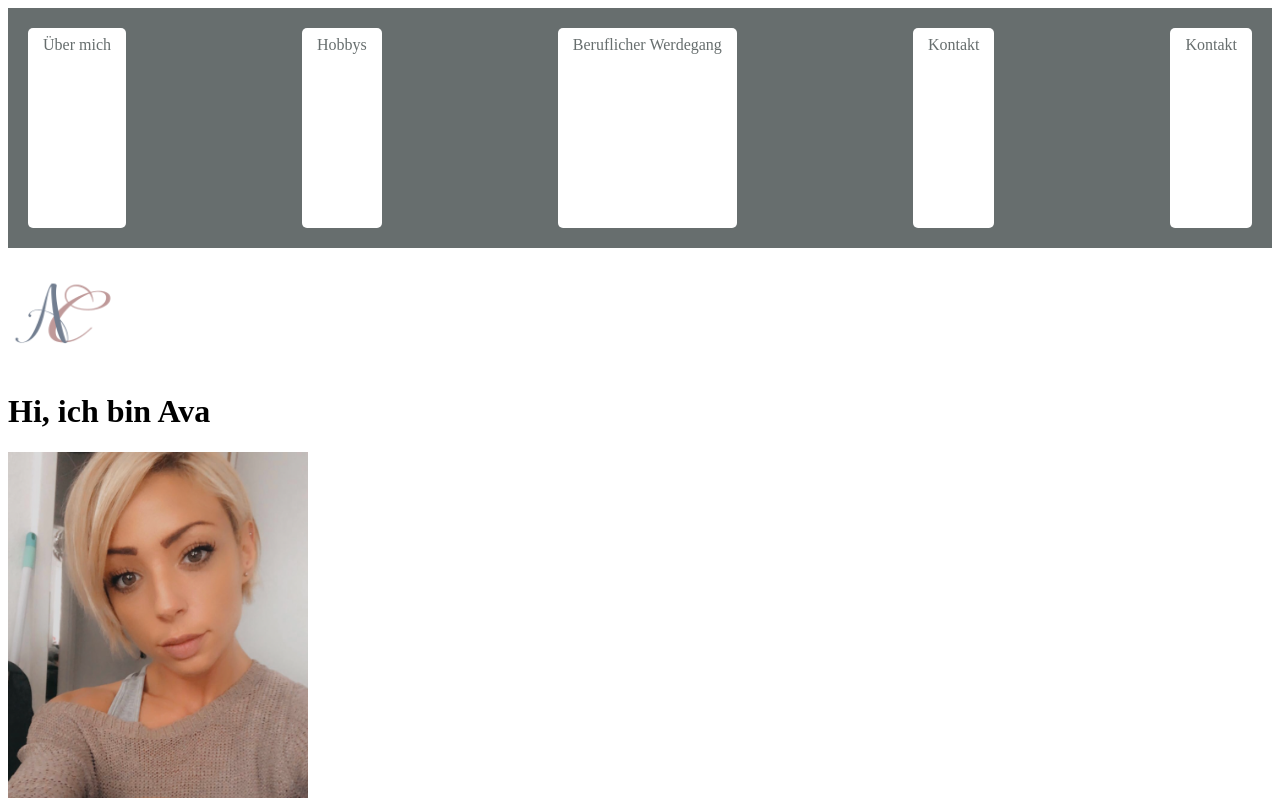
Repository: Ava-VictoriaCrivello/website
Page: index.html
The author's editor kept a copy of each file at every save. The page is drawn from the files as they stood at one save, then again after the next save.
The browser window is 1280 px wide. The pictures show the whole page.
Some web fonts or font styles are not loaded; a fallback is used.

Above is the page before, as saved 2022-05-29 12:58:48.

### index.html
<!DOCTYPE html>
<html lang="en">
  <head>
    <meta charset="UTF-8" />
    <meta http-equiv="X-UA-Compatible" content="IE=edge" />
    <meta name="viewport" content="width=device-width, initial-scale=1.0" />
    <title>website</title>
    <link rel="stylesheet" href="style.css" />
    <link rel="preconnect" href="https://fonts.googleapis.com" />
    <link rel="preconnect" href="https://fonts.gstatic.com" crossorigin />
    <link
      href="https://fonts.googleapis.com/css2?family=Tiro+Telugu:ital@1&display=swap"
      rel="stylesheet"
    />
  </head>
  <body>
    <nav>
      <a class="button" href="#aboutme">Über mich</a>
      <a class="button" href="#hobbys">Hobbys</a>
      <a class="button" href="#work">Beruflicher Werdegang</a>
      <a class="button" href="#contact">Kontakt</a>
      <a class="button" href="#contact">Kontakt</a>
    </nav>

    <header>
      <img src="logo.png" width="120px" , height="" />
      <h1>Hi, ich bin Ava</h1>
      <img src="ich.png" width="300px" , height="" />
    </header>
  </body>
</html>

### style.css
nav {
  background-color: rgb(103, 110, 110);
  font-family: "Tiro Telugu", serif;
  padding: 20px;
  display: flex;
  justify-content: space-between;
  flex-wrap: wrap;
  gap: 20px;
  height: 200px;
  flex-direction: row;
}

.button {
  background-color: white;
  color: rgb(103, 110, 110);
  padding: 8px 15px;
  border-radius: 5px;
  text-decoration: none;
}

After the next save:
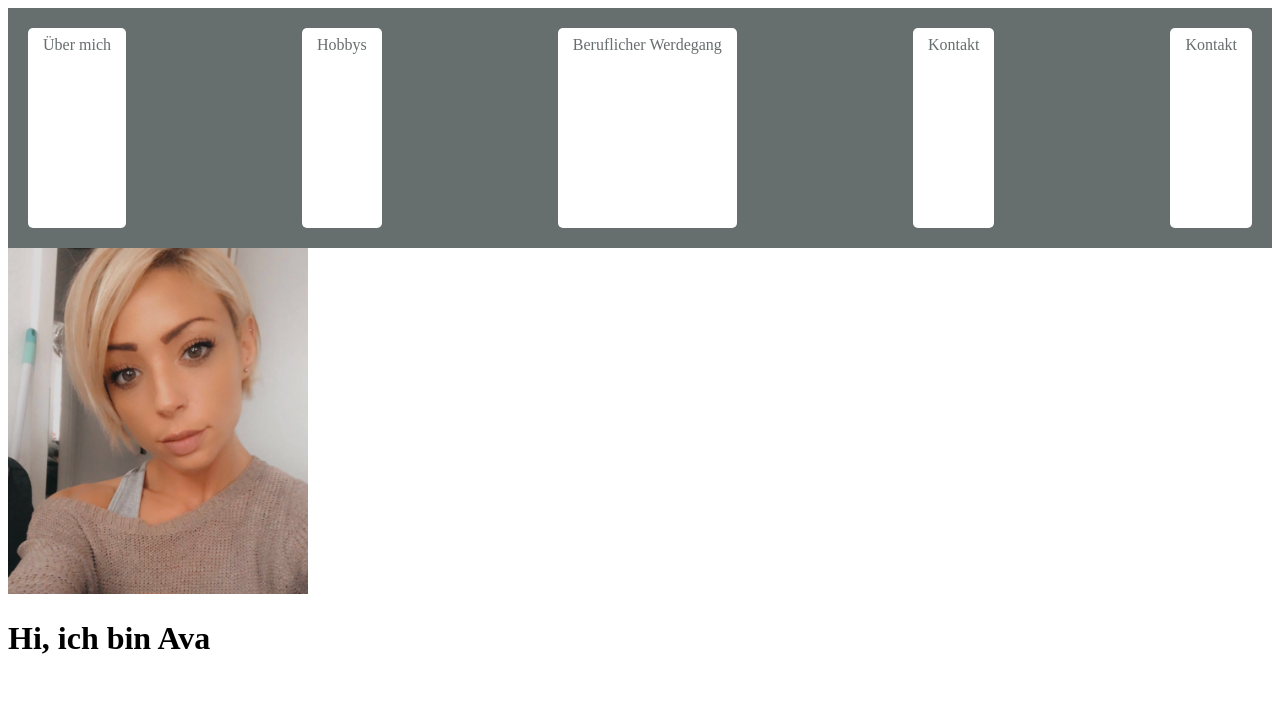
Saved 10 min 46 s later.
--- a/index.html
+++ b/index.html
@@ -23,9 +23,8 @@
     </nav>
 
     <header>
-      <img src="logo.png" width="120px" , height="" />
+      <img src="ich.png" width="300px" , height="" />
       <h1>Hi, ich bin Ava</h1>
-      <img src="ich.png" width="300px" , height="" />
     </header>
   </body>
 </html>
